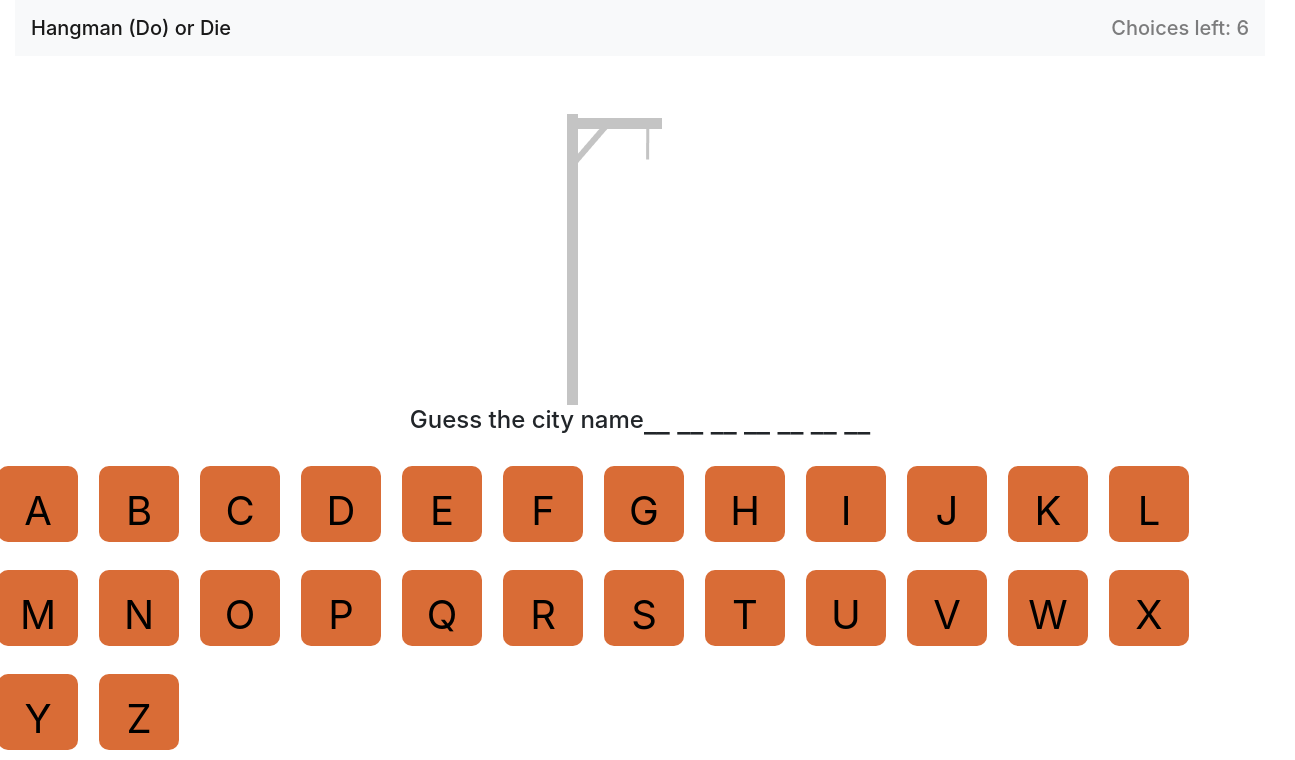
Repository: jatinhchanchlani/hangman
Page: /
An editor plug-in stored every save of this project. The page is shown before and after the next save, followed by the edit.
The browser window is 1280 px wide. The page is 1295 px wide, so the pictures cover 1295 px, including what lies to the right of the window. The pictures show the whole page.
The project was rebuilt for these pictures with package versions that can differ from the ones it lists, and the page was loaded fresh each time. Also part of the build but not shown: src/App.css, src/components/reset.jsx.

Above is the page before, as saved 2020-10-25 12:44:36.

### src/index.js
import React from 'react';
import ReactDOM from 'react-dom';
import './index.css';
import App from './App';
import * as serviceWorker from './serviceWorker';
import 'bootstrap/dist/css/bootstrap.css';

ReactDOM.render( <
  React.StrictMode >
  <
  App / >
  <
  /React.StrictMode>,
  document.getElementById('root')
);

// If you want your app to work offline and load faster, you can change
// unregister() to register() below. Note this comes with some pitfalls.
// Learn more about service workers: https://bit.ly/CRA-PWA
serviceWorker.unregister();

### src/App.js
import React from 'react';
import './App.css';
import Game from './components/game';

function App() {
  return ( <
    Game / >
  );
}

export default App;

### src/components/game.jsx
import React, { Component } from "react";
import Image from "./image";
import Header from "./header";
import Letters from "./letters";
import { getRandomCity } from "../model/cities";
import CityLetters from "./cityletters";
import Reset from "./reset";

const MAX_CHOICES = 6;

class Game extends Component {
  state = {
    maxChoices: MAX_CHOICES,
    choicesLeft: MAX_CHOICES,
    cityCharacters: getRandomCity(),
    letters: this.getAllLetters(),
  };

  render() {
    return (
      <div className="container-fluid">
        <Header choicesLeft={this.state.choicesLeft} />

        <div className="row d-flex justify-content-center">
          <Image
            choicesLeft={this.state.choicesLeft}
            maxChoices={this.state.maxChoices}
          />
        </div>

        <div className="row d-flex justify-content-center">
          <h4>Guess the city name </h4>
          <CityLetters cityCharacters={this.state.cityCharacters} />
        </div>

        <div className="row d-flex justify-content-center">
          <Letters
            letters={this.state.letters}
            onClick={(letter) => this.handleLetterClicked(letter)}
          />
          <Reset
            cityCharacters={this.state.cityCharacters}
            onClick={() => this.handleReset()}
          />
        </div>
      </div>
    );
  }

  handleLetterClicked(letter) {
    if (letter.canClick) {
      const { cityCharacters, letters, choicesLeft } = this.state;
      cityCharacters
        .filter((c) => c.character.toUpperCase() === letter.value)
        .map((c) => (c.guessed = true));

      const letterMatch = cityCharacters.some(
        (c) => c.character.toUpperCase() === letter.value
      );

      const choices = letterMatch ? choicesLeft : choicesLeft - 1;

      const l = letters.indexOf(letter);
      letters[l].canClick = false;
      this.setState({
        choicesLeft: choices,
        letters: letters,
        cityCharacters: cityCharacters,
      });
    }
  }

  getAllLetters() {
    return Array(26)
      .fill()
      .map((_, index) => String.fromCharCode("A".charCodeAt(0) + index))
      .map((char) => ({ value: char, canClick: true }));
  }

  handleReset() {
    this.setState({
      maxChoices: MAX_CHOICES,
      choicesLeft: MAX_CHOICES,
      cityCharacters: getRandomCity(),
      letters: this.getAllLetters(),
    });
  }
}

export default Game;

### src/components/image.jsx
import React, { Component } from "react";

class Image extends Component {
  render() {
    const { choicesLeft, maxChoices } = this.props;
    const imagePath = maxChoices - choicesLeft + ".jpg";
    return <img src={require("../images/" + imagePath)} alt={imagePath} />;
  }
}

export default Image;

### src/components/header.jsx
import React, { Component } from "react";

class Header extends Component {
  render() {
    return (
      <nav className="navbar navbar-light bg-light d-flex flex-column flex-sm-row">
        <span className="navbar-brand mb-0 h1">Hangman (Do) or Die</span>
        <span className="mb-0 h5 navbar-text nav-item">
          Choices left: {this.props.choicesLeft}
        </span>
      </nav>
    );
  }
}

export default Header;

### src/components/letters.jsx
import React, { Component } from "react";
import "../css/letters.css";

class Letters extends Component {
  render() {
    const { letters } = this.props;
    return (
      <div className="row">
        {letters.map((letter) => (
          <button
            key={letter.value}
            className="letter-button"
            onClick={() => this.props.onClick(letter)}
          >
            {letter.value}
          </button>
        ))}
      </div>
    );
  }
}

export default Letters;

### src/model/cities.js
const MIN = 0;
const MAX = 24;

const cities = {
    0: "Mumbai",
    1: "New Delhi",
    2: "Chennai",
    3: "Hyderabad",
    4: "Bengaluru",
    5: "Ahmedabad",
    6: "Jaipur",
    7: "Kolkata",
    8: "Lucknow",
    9: "Bhopal",
    10: "Chandigarh",
    11: "Patna",
    12: "Jabalpur",
    13: "Pune",
    14: "Surat",
    15: "Indore",
    16: "Kanpur",
    17: "Visakhapatnam",
    18: "Agra",
    19: "Varanasi",
    20: "Amritsar",
    21: "Udaipur",
    22: "Noida",
    23: "Ludhiana",
    24: "Gwalior",
}

// Returns a random number between min and max. Min and max are both inclusive
export function getRandomIntInclusive(min, max) {
    min = Math.ceil(min);
    max = Math.floor(max);
    return Math.floor(Math.random() * (max - min + 1) + min);
}

export function getRandomCity() {
    const city = cities[getRandomIntInclusive(MIN, MAX)];
    return [...city].map(c => ({
        character: c,
        guessed: false
    }));
}

### src/components/cityletters.jsx
import React, { Component } from "react";

class CityLetters extends Component {
  render() {
    const { cityCharacters } = this.props;
    console.log(cityCharacters);
    return (
      <React.Fragment>
        <br />
        <h3>{cityCharacters.map((c) => this.getCharacter(c))}</h3>
      </React.Fragment>
    );
  }

  getCharacter(cityCharacter) {
    const emptySpace = "        ";
    if (cityCharacter.character === " ") {
      return emptySpace;
    } else {
      if (cityCharacter.guessed) {
        return cityCharacter.character.toUpperCase() + emptySpace;
      } else {
        return "__" + emptySpace;
      }
    }
  }
}

export default CityLetters;

### src/css/letters.css
.letter-button {
    border: none;
    font-family: inherit;
    font-size: 2.5rem;
    cursor: pointer;
    width: 5rem;
    margin: 18px 8px 10px 13px;
    letter-spacing: 0;
    outline: none;
    background: #d96c36;
    color: #000;
    border-radius: 10px;
    padding-top: 15px;
}

Loaded but not shown: public/index.html (common file); src/index.css (common file); src/serviceWorker.js (common file)

After the next save:
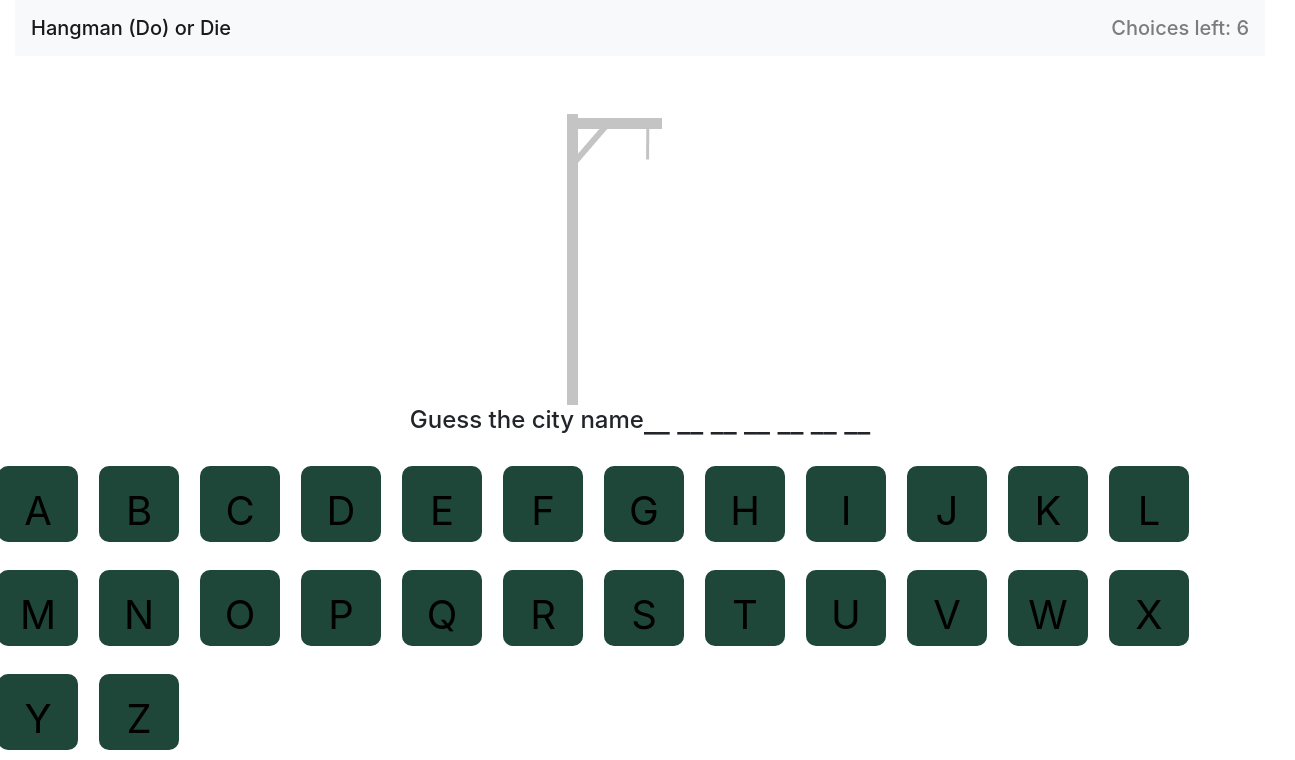
Saved 83 s later.
--- a/src/css/letters.css
+++ b/src/css/letters.css
@@ -7,7 +7,7 @@
     margin: 18px 8px 10px 13px;
     letter-spacing: 0;
     outline: none;
-    background: #d96c36;
+    background: #1f4739;
     color: #000;
     border-radius: 10px;
     padding-top: 15px;
